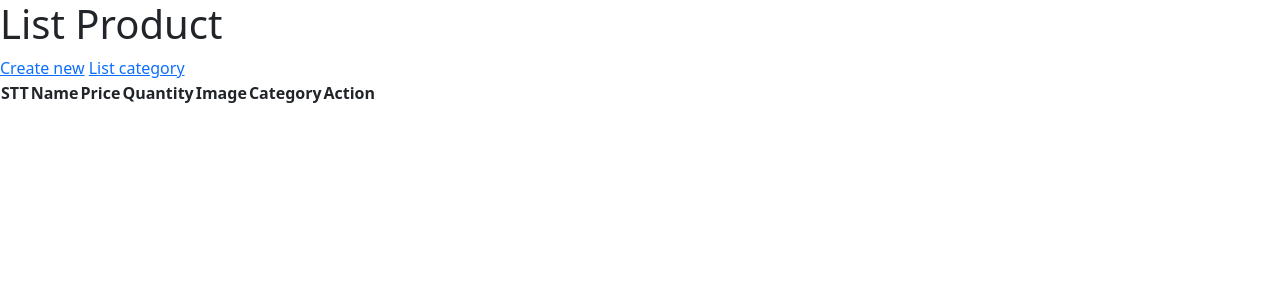
Repository: hongquan16101995/servlet-jw0124
Page: http://localhost/demo/products
The author's editor kept a copy of each file at every save. The page is drawn from the files as they stood at one save, then again after the next save.
The browser window is 1280 px wide. The pictures show the whole page.
The page is served by Tomcat 9.

Above is the page before, as saved 2024-05-14 12:05:17.

After the next save:
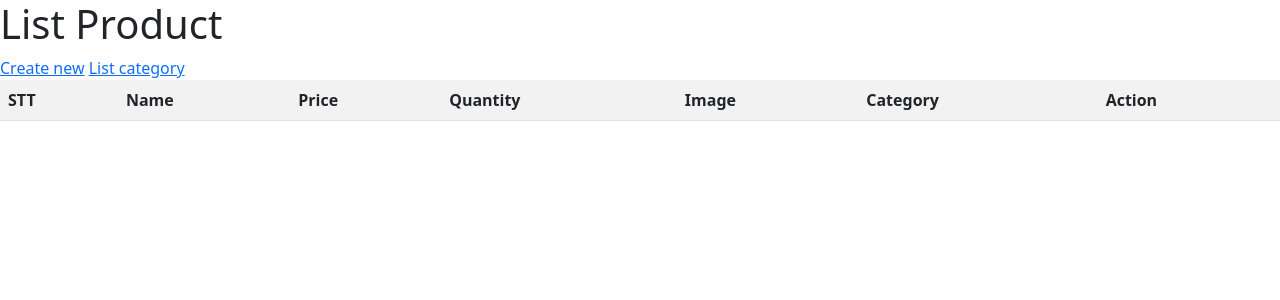
Saved 2 min 31 s later.
--- a/demo/src/main/webapp/product/list.jsp
+++ b/demo/src/main/webapp/product/list.jsp
@@ -19,7 +19,7 @@
 <h1>List Product</h1>
 <a href="/demo/products?action=createGet">Create new</a>
 <a href="/demo/categories">List category</a>
-<table>
+<table class="table table-striped">
 	<tr>
 		<th>STT</th>
 		<th>Name</th>
